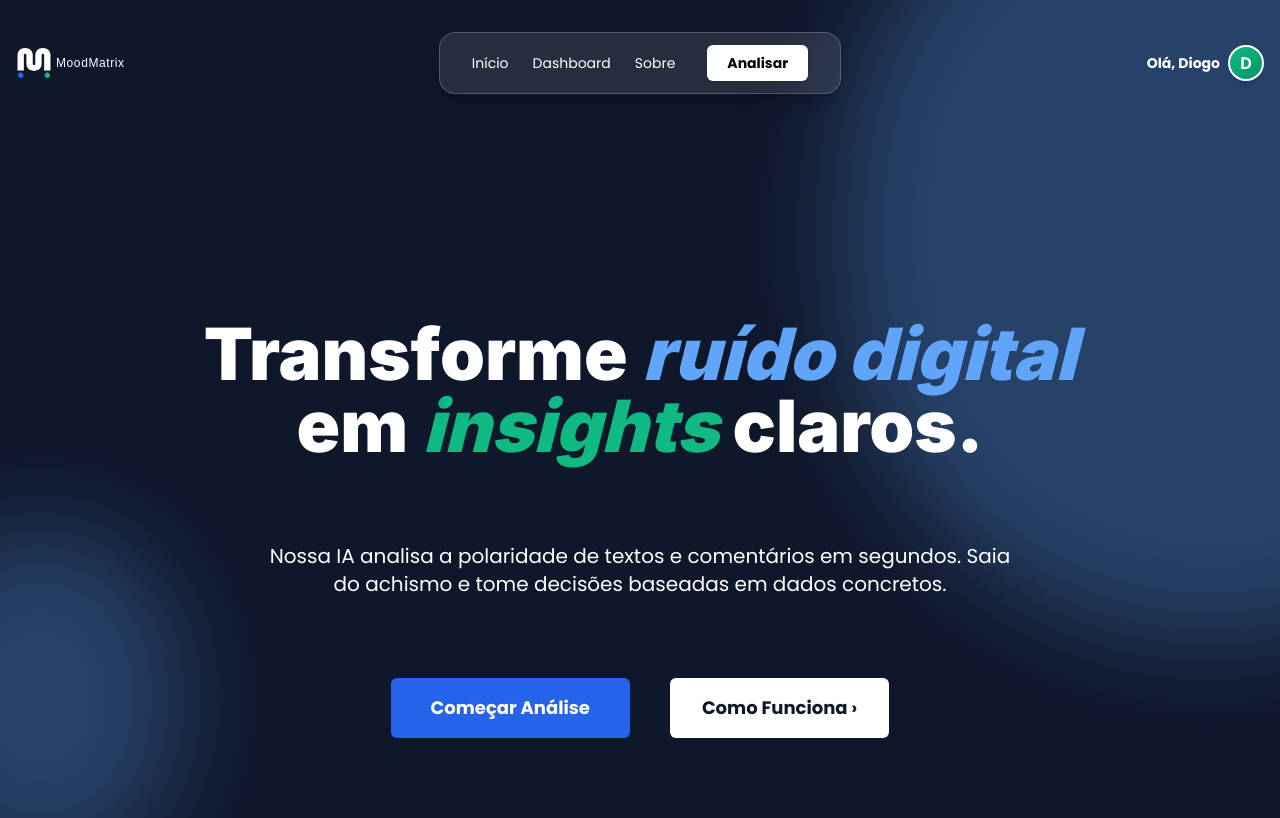
Repository: Hackaton-ONE/hackathon-Frontend
Page: /
An editor plug-in stored every save of this project. The page is shown before and after the next save, followed by the edit.
The browser window is 1280 px wide. The pictures show the whole page.
An inner scrolling area shows only its first screen. Some web fonts or font styles are not loaded; a fallback is used. The project was rebuilt for these pictures with package versions that can differ from the ones it lists, and the page was loaded fresh each time. The framework's server and built-in components were replaced by stand-ins that run in the browser. Also part of the build but not shown: next.config.ts.

Above is the page before, as saved 2026-01-02 11:23:53.

### app/layout.tsx
import type { Metadata } from "next";
import { Inter, Poppins, MuseoModerno } from "next/font/google"; // 1. Importar Poppins
import "./globals.css";


// 2. Configurar Inter
const inter = Inter({
  subsets: ["latin"],
  variable: "--font-inter",
});

// 3. Configurar Poppins (Pesos comuns: 400, 600, 700)
const poppins = Poppins({
  weight: ['400', '600', '700'],
  subsets: ["latin"],
  variable: "--font-poppins",
});

const museo = MuseoModerno({
  subsets: ["latin"],
  variable: "--font-museo",
  display: "swap",
});

export const metadata: Metadata = {
  title: "MoodMatrix",
  description: "Análise de sentimentos com IA",
};

export default function RootLayout({
  children,
}: Readonly<{

  children: React.ReactNode;
}>) {
  return (
    <html lang="pt-br">
      {/* 4. Adicionar ambas as variáveis no body */}
      <body className={`${inter.variable} ${poppins.variable} ${museo.variable} bg-mood-dark text-white font-sans antialiased`}>

        {children}
      </body>
    </html>
  );
}

### app/page.tsx
import { Navbar } from "@/components/Navbar";
import { HeroSection } from "../components/HeroSection";

export default function Home() {
  return (
    <main className="min-h-screen bg-mood-dark text-white selection:bg-neon-green selection:text-mood-dark overflow-x-hidden">
      {/* A Navbar já está no layout.tsx, então não precisa repetir aqui se já colocou lá */}
      <Navbar />
      <HeroSection />

      {/* Aqui virão as próximas seções (Tech Stack, Benefícios, etc.) */}

    </main>
  );
}

### app/globals.css
@tailwind base;
@tailwind components;
@tailwind utilities;

/* Define o fundo padrão do site inteiro e a cor do texto */
body {
  background-color: #0F172A; /* mood.dark */
  color: #ffffff;
  min-height: 100vh;
}

/* Utilitário para o efeito de Vidro (Glassmorphism) */
.glass {
  background: rgba(30, 41, 59, 0.4); /* mood.gray com transparência */
  backdrop-filter: blur(12px);
  -webkit-backdrop-filter: blur(12px);
  border: 1px solid rgba(255, 255, 255, 0.1);
}

/* === PERSONALIZAÇÃO DA BARRA DE ROLAGEM === */

/* 1. Define a largura da barra */
::-webkit-scrollbar {
  width: 8px;
  height: 8px;
}

/* 2. Remove o fundo (Track) */
::-webkit-scrollbar-track {
  background: transparent;
}

/* 3. Cor da barra (Thumb)*/
::-webkit-scrollbar-thumb {
  background-color: #2563EB;
  border-radius: 9999px;
}

/* 4. Efeito ao passar o mouse */
::-webkit-scrollbar-thumb:hover {
  background-color: #60A5FA; /* blue-light */
}

/* 5. Remove as setas (Buttons) */
::-webkit-scrollbar-button {
  display: none;
}

### components/Navbar.tsx
"use client";

import Link from "next/link";
import { useState } from "react";
import { Menu, X } from "lucide-react";
import Image from "next/image";

// Componente NavLink (Link com sublinhado azul)
const NavLink = ({ href, children }: { href: string; children: React.ReactNode }) => (
  <Link
    href={href}
    className="relative group text-white transition-colors font-medium text-sm"
  >
    {children}
    <span className="absolute -bottom-1 left-0 w-0 h-[2px] bg-blue-default transition-all duration-300 ease-out group-hover:w-full" />
  </Link>
);

export function Navbar() {
  const [isOpen, setIsOpen] = useState(false);

  return (
    // Container Principal
    <div className="relative top-0 left-0 w-full z-10 px-4 py-8">

      <div className="max-w-[1600px] mx-auto flex justify-between items-center lg:grid lg:grid-cols-3">

        {/* =======================
            1. LOGO (Coluna 1 - Alinhado à Esquerda)
           ======================= */}
        <div className="flex justify-start">
          <Link href="/" className="flex items-center gap-1 z-50 group">
            <div className="relative w-8 h-8 lg:w-9 lg:h-9 flex items-center justify-center">
              <Image
                src="/logo.svg"
                alt="Logo MoodMatrix"
                fill
                className="object-contain"
              />
            </div>

            <span className="text-white font-medium text-xs font-museo tracking-wider">
              Mood<span>Matrix</span>
            </span>
          </Link>
        </div>

        {/* =======================
            2. PÍLULA CENTRAL (Coluna 2)
            MUDANÇA: 'hidden lg:flex'
            (Escondido em Tablet/Mobile, Flex em Notebook+)
           ======================= */}
        <div className="hidden lg:flex justify-center">
          <nav className="flex items-center gap-8 pl-8 pr-8 py-3 rounded-2xl bg-white/10 backdrop-blur-md border border-white/20 shadow-lg shadow-black/20">
            {/* Links */}
            <div className="flex items-center gap-6 font-poppins font-bold">
              <NavLink href="/">Início</NavLink>
              <NavLink href="/dashboard">Dashboard</NavLink>
              <NavLink href="#sobre">Sobre</NavLink>
            </div>

            {/* Botão Analisar */}
            <Link href="/analisar">
              <button className="bg-white hover:bg-neon-orange text-black font-poppins font-bold text-sm px-5 py-2 rounded-md transition-all duration-200 shadow-sm hover:shadow-md">
                Analisar
              </button>
            </Link>
          </nav>
        </div>

        {/* =======================
            3. AVATAR / MENU (Coluna 3 - Alinhado à Direita)
           ======================= */}
        <div className="flex justify-end items-center gap-4 z-50">

          {/* Avatar (Desktop) */}
          <div className="hidden lg:flex items-center gap-2 pl-4">
            <div className="text-right hidden lg:block">
              <p className="font-poppins text-sm font-bold text-white">Olá, Diogo</p>
            </div>
            <div className="w-9 h-9 rounded-full bg-gradient-to-br from-neon-green to-emerald-600 flex items-center justify-center text-white font-bold border-2 border-white shadow-md">
              D
            </div>
          </div>

          {/* Botão Hambúrguer (Mobile) */}
          <button
            onClick={() => setIsOpen(!isOpen)}
            className="lg:hidden text-white hover:text-neon-blue transition p-1"
          >
            {isOpen ? <X size={28} /> : <Menu size={28} />}
          </button>
        </div>

      </div>

      {/* =======================
          4. MENU MOBILE DROPDOWN
         ======================= */}
      {isOpen && (
        <div className="lg:hidden absolute top-24 left-4 right-4 z-10 bg-mood-dark/95 backdrop-blur-xl border border-white/10 rounded-2xl p-4 shadow-2xl animate-in fade-in slide-in-from-top-5">

          <div className="flex flex-col space-y-1">
            <Link href="/" onClick={() => setIsOpen(false)} className="block px-4 py-3 text-white/90 hover:text-white hover:bg-blue-default rounded-lg transition-colors text-sm font-medium">
              Início
            </Link>
            <Link href="/dashboard" onClick={() => setIsOpen(false)} className="block px-4 py-3 text-white/90 hover:text-white hover:bg-blue-default rounded-lg transition-colors text-sm font-medium">
              Dashboard
            </Link>
            <Link href="#sobre" onClick={() => setIsOpen(false)} className="block px-4 py-3 text-white/90 hover:text-white hover:bg-blue-default rounded-lg transition-colors text-sm font-medium">
              Sobre
            </Link>
          </div>

          <div className="my-3 border-t border-white/10" />

          <Link href="/analisar" onClick={() => setIsOpen(false)}>
            <button className="w-full bg-white hover:bg-neon-orange text-mood-dark border border-white/20 font-poppins font-bold text-sm py-3 rounded-lg transition-all duration-200">
              Analisar
            </button>
          </Link>

          <div className="mt-4 pt-4 border-t border-white/10 flex items-center gap-3">
            <div className="w-8 h-8 rounded-full bg-gradient-to-br from-neon-green to-emerald-600 flex items-center justify-center text-white font-bold text-xs">
              D
            </div>
            <div>
              <p className="text-sm font-bold text-white">Diogo</p>
              <p className="text-xs text-gray-400">diogo@exemplo.com</p>
            </div>
          </div>

        </div>
      )}
    </div>
  );
}

### components/HeroSection.tsx
import Link from "next/link";
import { Button } from "./Button"; // Importando seu botão personalizado

export function HeroSection() {
  return (
    <section className="relative pt-32 lg:pt-48 pb-20 px-4">

      {/* =========================================
          ELEMENTOS DECORATIVOS DE FUNDO (GLOWS)
          ========================================= */}

{/* 1. ELIPSE MAIOR (Direita/Topo)
          x: 946.5, y: -78.06 -> right-0 top-[-78px] (Ajustado para responsivo)
          w: 743.5, h: 817.56 -> w-[743px] h-[817px]
          fill: 60A5FA 30% -> bg-blue-light/30
          blur: 160 -> blur-[160px]
      */}
      <div
        className="
          absolute
          top-[-300px]
          right-[-100px] xl:right-[-300px] /* Ajuste fino para telas diferentes */
          w-[743px]
          h-[817px]
          bg-blue-light/30
          blur-[50px]
          rounded-full
          z-100
          pointer-events-none
        "
      />

      {/* 2. ELIPSE MENOR (Esquerda/Baixo)
          x: -90, y: 546 -> left-[-90px] top-[546px]
          w: 282, h: 343 -> w-[282px] h-[343px]
          fill: 60A5FA 30% -> bg-blue-light/30
          blur: 160 -> blur-[160px]
      */}
      <div
        className="
          absolute
          top-[400px]
          left-[-100px]
          w-[282px]
          h-[343px]
          bg-blue-light/30
          blur-[50px]
          rounded-full
          z-100
          pointer-events-none
        "
      />


      {/* =========================================
          CONTEÚDO PRINCIPAL
          ========================================= */}
      <div className="relative z-100 max-w-7xl mx-auto text-center flex flex-col items-center">

        {/* TÍTULO */}
        <h1 className="font-inter font-black text-4xl md:text-6xl lg:text-7xl 2xl:text-8xl leading-tight text-white mb-8 md:mb-14 lg:mb-20 max-w-7xl">
          Transforme <span className="italic text-blue-light">ruído digital</span> <br className="hidden md:block" />
          em <span className="italic text-neon-green">insights</span> claros.
        </h1>

        {/* SUBTÍTULO */}
        <p className="font-poppins font-light text-white text-base md:text-xl mb-8 md:mb-14 lg:mb-20 max-w-3xl">
          Nossa IA analisa a polaridade de textos e comentários em segundos. Saia do achismo e tome decisões baseadas em dados concretos.
        </p>

        {/* BOTÕES DE AÇÃO (CTA) */}
        <div className="flex flex-col sm:flex-row gap-10 w-full sm:w-auto">
          <Link href="/analisar">
            <Button variant="primary" className="w-full sm:w-auto text-lg px-8 lg:px-10 py-4 bg-blue-default hover:bg-neon-green font-poppins">
              Começar Análise
            </Button>
          </Link>

          <Link href="#como-funciona">
            <Button variant="outline" className="w-full sm:w-auto text-lg px-8 py-4 bg-white  font-poppins">
              Como Funciona ›
            </Button>
          </Link>
        </div>

      </div>
    </section>
  );
}

### components/Button.tsx
import React from "react";

interface ButtonProps extends React.ButtonHTMLAttributes<HTMLButtonElement> {
  variant?: "primary" | "outline" | "ghost";
  children: React.ReactNode;
}

export function Button({ variant = "primary", className = "", children, ...props }: ButtonProps) {

  const baseStyles = "px-6 py-3 rounded-md font-bold transition-all duration-200 flex items-center justify-center gap-2 active:scale-[0.98]";

  const variants = {
    primary: "text-white active:translate-y-1",

    // Outline (Borda simples)
    outline: "text-mood-dark",

    // Ghost (Transparente)
    ghost:   "bg-transparent text-gray-400 hover:text-white hover:bg-white/5",
  };

  return (
    <button
      className={`${baseStyles} ${variants[variant]} ${className}`}
      {...props}
    >
      {children}
    </button>
  );
}

### tailwind.config.ts
/** @type {import('tailwindcss').Config} */
const config = {
  // Configuração de onde o Tailwind procura as classes
  content: [
    "./app/**/*.{js,ts,jsx,tsx,mdx}",
    "./pages/**/*.{js,ts,jsx,tsx,mdx}",
    "./components/**/*.{js,ts,jsx,tsx,mdx}",
    "./src/app/**/*.{js,ts,jsx,tsx,mdx}",
    "./src/pages/**/*.{js,ts,jsx,tsx,mdx}",
    "./src/components/**/*.{js,ts,jsx,tsx,mdx}",
  ],
  theme: {
    extend: {
      colors: {
        white: "#FFFFFF",
        mood: {
          dark: "#0F172A", // Fundo Azul Escuro
          nav: "#FFFFFF",  // Base para Navbar
        },
        blue: {
          light: "#60A5FA",   // Azul Claro
          default: "#2563EB", // Azul Padrão
          dark: "#1E3A8A",    // Azul Escuro
        },
        neon: {
          green: "#10B981",
          red: "#B91C1C",
          orange: "#F59E0B",
        },
      },
      fontFamily: {
        sans: ['var(--font-inter)', 'sans-serif'],
        poppins: ['var(--font-poppins)', 'sans-serif'],
        museo: ['var(--font-museo)', 'sans-serif'],
      },
      backgroundImage: {
        // Gradientes de Seta e Barra de Progresso
        'gradient-pos': 'linear-gradient(to right, #2563EB, #10B981)',
        'gradient-neg': 'linear-gradient(to right, #B91C1C, #F59E0B)',

        // Gradientes Sutis para os Cards (Glassmorphism)
        'card-blue': 'linear-gradient(180deg, rgba(255, 255, 255, 0) 0%, rgba(96, 165, 250, 0.05) 100%)',
        'card-green': 'linear-gradient(180deg, rgba(255, 255, 255, 0) 0%, rgba(16, 185, 129, 0.05) 100%)',
        'card-red': 'linear-gradient(180deg, rgba(255, 255, 255, 0) 0%, rgba(185, 28, 28, 0.05) 100%)',
        'card-orange': 'linear-gradient(180deg, rgba(255, 255, 255, 0) 0%, rgba(245, 158, 11, 0.05) 100%)', // NOVO
      }
    },
  },
  plugins: [],
};

export default config;

After the next save:
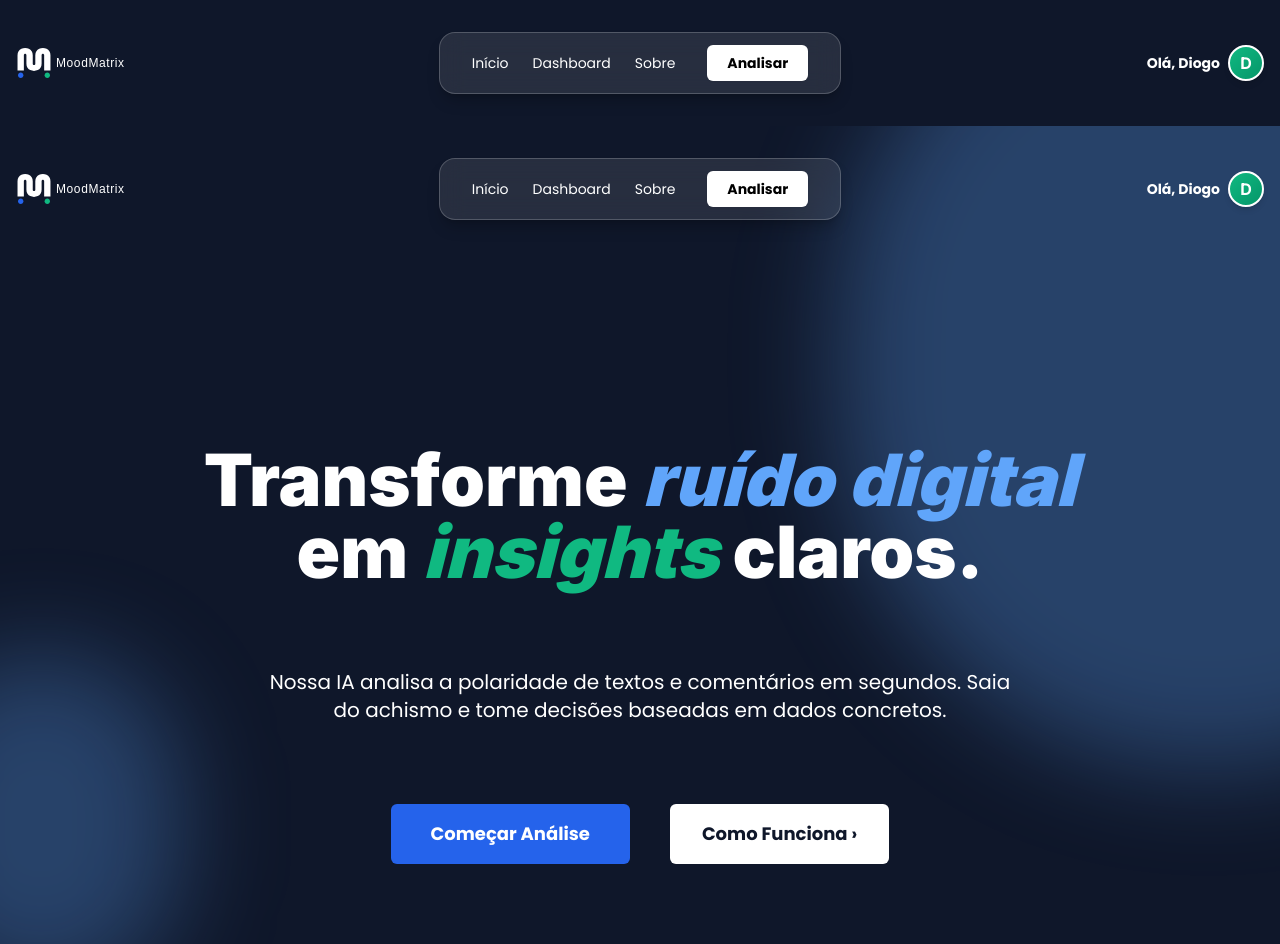
Saved 8 s later.
--- a/app/layout.tsx
+++ b/app/layout.tsx
@@ -1,7 +1,7 @@
 import type { Metadata } from "next";
 import { Inter, Poppins, MuseoModerno } from "next/font/google"; // 1. Importar Poppins
 import "./globals.css";
-
+import { Navbar } from "@/components/Navbar";
 
 // 2. Configurar Inter
 const inter = Inter({
@@ -37,7 +37,7 @@
     <html lang="pt-br">
       {/* 4. Adicionar ambas as variáveis no body */}
       <body className={`${inter.variable} ${poppins.variable} ${museo.variable} bg-mood-dark text-white font-sans antialiased`}>
-
+        <Navbar />
         {children}
       </body>
     </html>

After the 2 saves that followed:
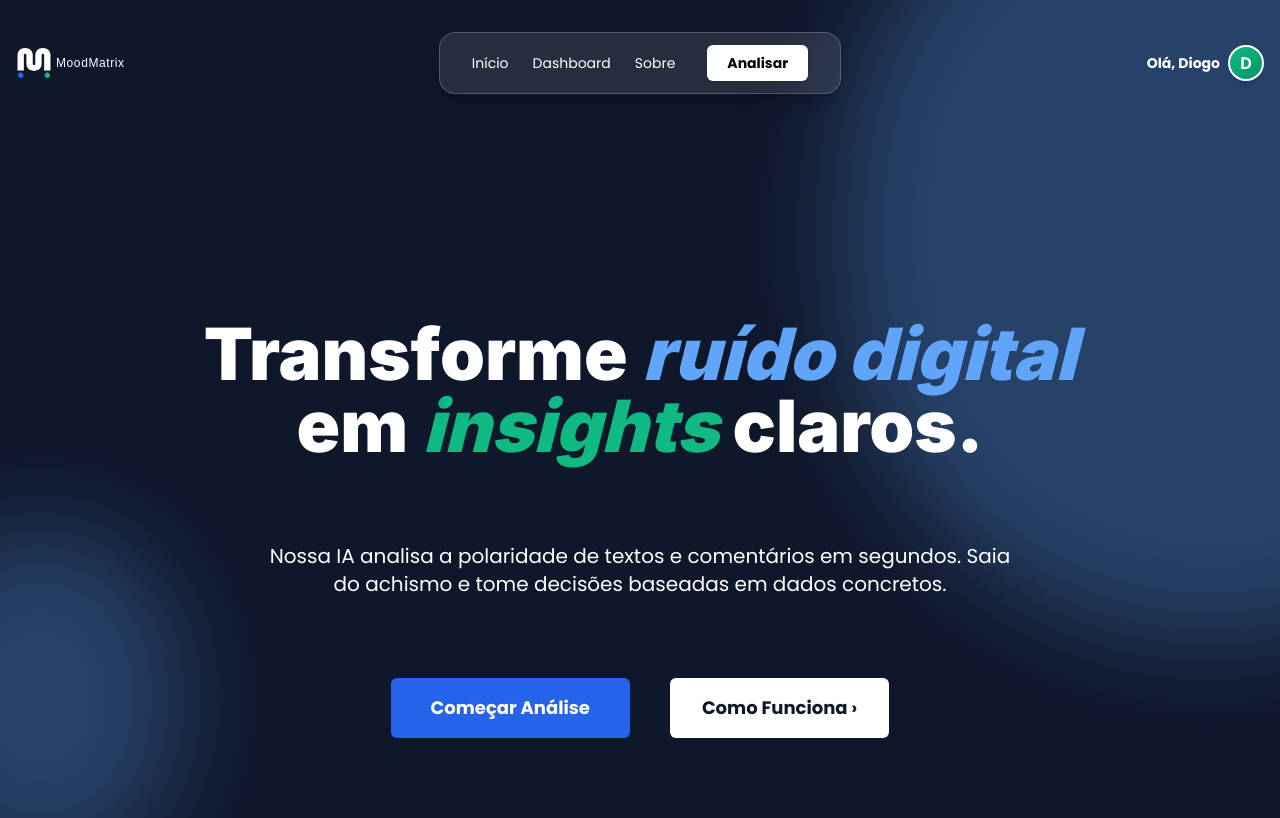
The 2 saves are shown as one change because they came seconds apart.
The last was saved 21 s later.
--- a/app/layout.tsx
+++ b/app/layout.tsx
@@ -1,7 +1,7 @@
 import type { Metadata } from "next";
 import { Inter, Poppins, MuseoModerno } from "next/font/google"; // 1. Importar Poppins
 import "./globals.css";
-import { Navbar } from "@/components/Navbar";
+
 
 // 2. Configurar Inter
 const inter = Inter({
@@ -37,7 +37,7 @@
     <html lang="pt-br">
       {/* 4. Adicionar ambas as variáveis no body */}
       <body className={`${inter.variable} ${poppins.variable} ${museo.variable} bg-mood-dark text-white font-sans antialiased`}>
-        <Navbar />
+
         {children}
       </body>
     </html>
